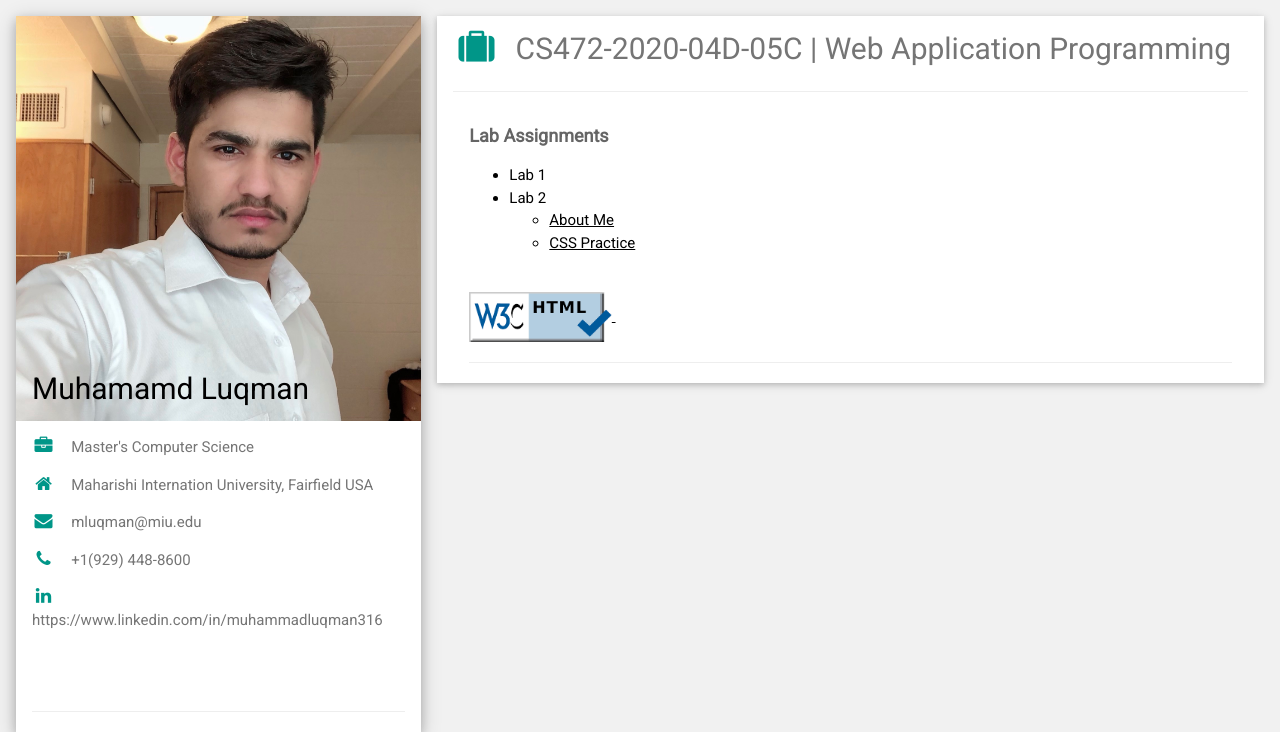
Repository: luqmang316/luqmang316.github.io
Page: index.html
These files come from the project's save history. The page is drawn as it stood at one moment and after the next save; the edit follows.
The browser window is 1280 px wide. The pictures show the whole page.

Above is the page before, as saved 2021-07-04 14:02:03.

After the next save:
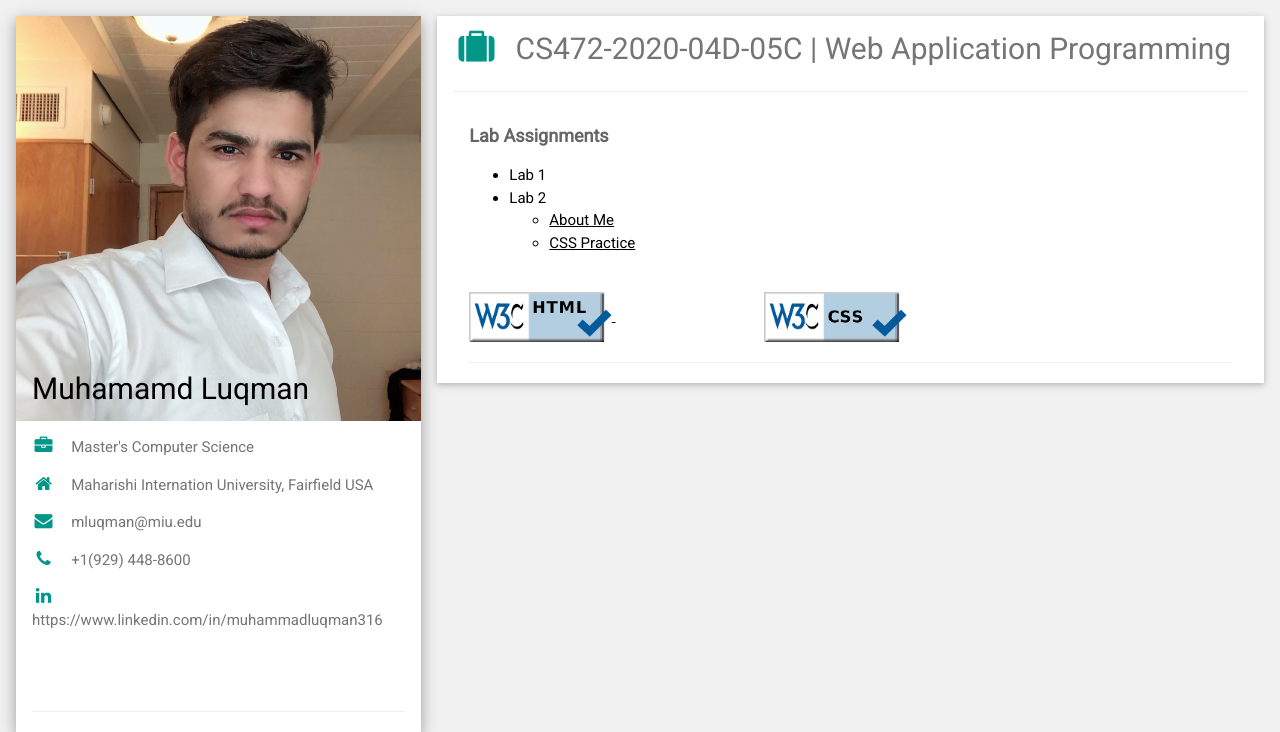
Saved 62 s later.
--- a/index.html
+++ b/index.html
@@ -118,11 +118,10 @@
             </i>
                         <i> &nbsp; &nbsp; &nbsp; &nbsp; &nbsp; &nbsp; &nbsp; &nbsp; &nbsp; &nbsp;   &nbsp; &nbsp; &nbsp; &nbsp; &nbsp; &nbsp; &nbsp; &nbsp; &nbsp; &nbsp; </i>
                         <i class="w3-hover-opacity">
-            <!-- <a href="https://jigsaw.w3.org/css-validator/check/referer">
+            <a href="https://jigsaw.w3.org/css-validator/check/referer">
               <img src="./images/w3ccssvalidlogo.png" alt="W3C HTML Validator" height="50">
             </a>
-           </i> -->
-
+           </i>
                         <br>
                         <hr>
                     </div>
